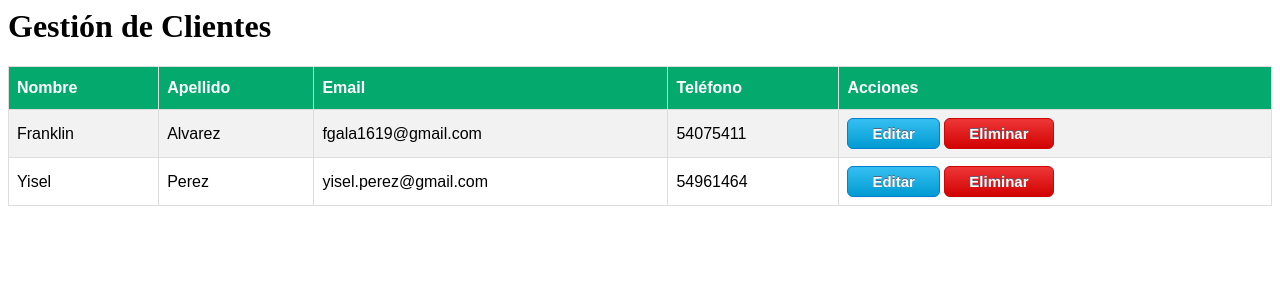
Repository: fgala1619/frontSistGestionBank
Page: index.html
An editor plug-in stored every save of this project. The page is shown before and after the next save, followed by the edit.
The browser window is 1280 px wide. The pictures show the whole page.

Above is the page before, as saved 2023-07-08 23:12:13.

### index.html
<link rel="stylesheet" href="style.css" />

<h1>Gestión de Clientes</h1>

<table id="customers">
    <tr>
        <th>Nombre</th>
        <th>Apellido</th>
        <th>Email</th>
        <th>Teléfono</th>
        <th>Acciones</th>
    </tr>

    <tr>
        <td>Franklin</td>
        <td>Alvarez</td>
        <td>fgala1619@gmail.com</td>
        <td>54075411</td>
        <td>
            <a href="#" class="myButton">Editar</a>
            <a href="#" class="btnDelete">Eliminar</a>
        </td>
    </tr>

    <tr>
        <td>Yisel</td>
        <td>Perez</td>
        <td>yisel.perez@gmail.com</td>
        <td>54961464</td>
        <td>
            <a href="#" class="myButton">Editar</a>
            <a href="#" class="btnDelete">Eliminar</a>
        </td>
    </tr>
</table>

### style.css
#customers {
        font-family: Arial, Helvetica, sans-serif;
        border-collapse: collapse;
        width: 100%;
    }

    #customers td, #customers th {
        border: 1px solid #ddd;
        padding: 8px;
    }

    #customers tr:nth-child(even){background-color: #f2f2f2;}
    #customers tr:hover{background-color:#ddd;}

    #customers th{
        padding-top: 12px;
        padding-bottom: 12px;
        text-align: left;
        background-color: #04AA6D;
        color: white;
    }

    .myButton{
        box-shadow: 0px 1px 0px 0px #f0f7fa;
        background: linear-gradient(to bottom, #33bdef 5%, #019ad2 100%);
        background-color:#33bdef;
        border-radius: 6px;
        border: 1px solid #057fd0;
        display: inline-block;
        cursor: pointer;
        color: #ffffff;
        font-family: Arial;
        font-size: 15px;
        font-weight: bold;
        padding: 6px 24px;
        text-decoration: none;
        text-shadow: 0px -1px 0px #5b6178;
    }
    .myButton:hover{
        background: linear-gradient(to bottom, #019ad2 5%, #33bdef 100%);
        background-color:#019ad2;
    }
    .myButton:active{
        position: relative;
        top: 1px;
    }

    .btnDelete{
        box-shadow: 0px 1px 0px 0px #f0f7fa;
        background: linear-gradient(to bottom, #ed3434 5%, #d10202 100%);
        background-color:#ed3434;
        border-radius: 6px;
        border: 1px solid #cf0606;
        display: inline-block;
        cursor: pointer;
        color: #ffffff;
        font-family: Arial;
        font-size: 15px;
        font-weight: bold;
        padding: 6px 24px;
        text-decoration: none;
        text-shadow: 0px -1px 0px #5b6178;
    }
    .btnDelete:hover{
        background: linear-gradient(to bottom, #d10202 5%, #ed3434 100%);
        background-color:#d10202;
    }
    .btnDelete:active{
        position: relative;
        top: 1px;
    }

After the next save:
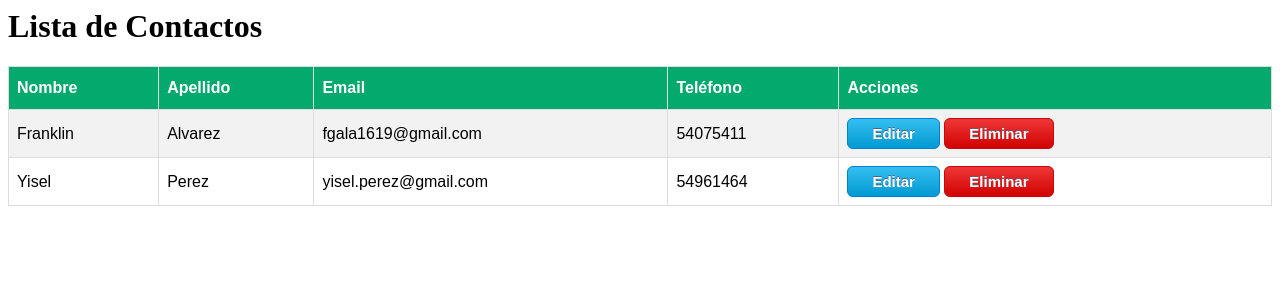
Saved 17 days later.
--- a/index.html
+++ b/index.html
@@ -1,6 +1,6 @@
 <link rel="stylesheet" href="style.css" />
 
-<h1>Gestión de Clientes</h1>
+<h1>Lista de Contactos</h1>
 
 <table id="customers">
     <tr>
